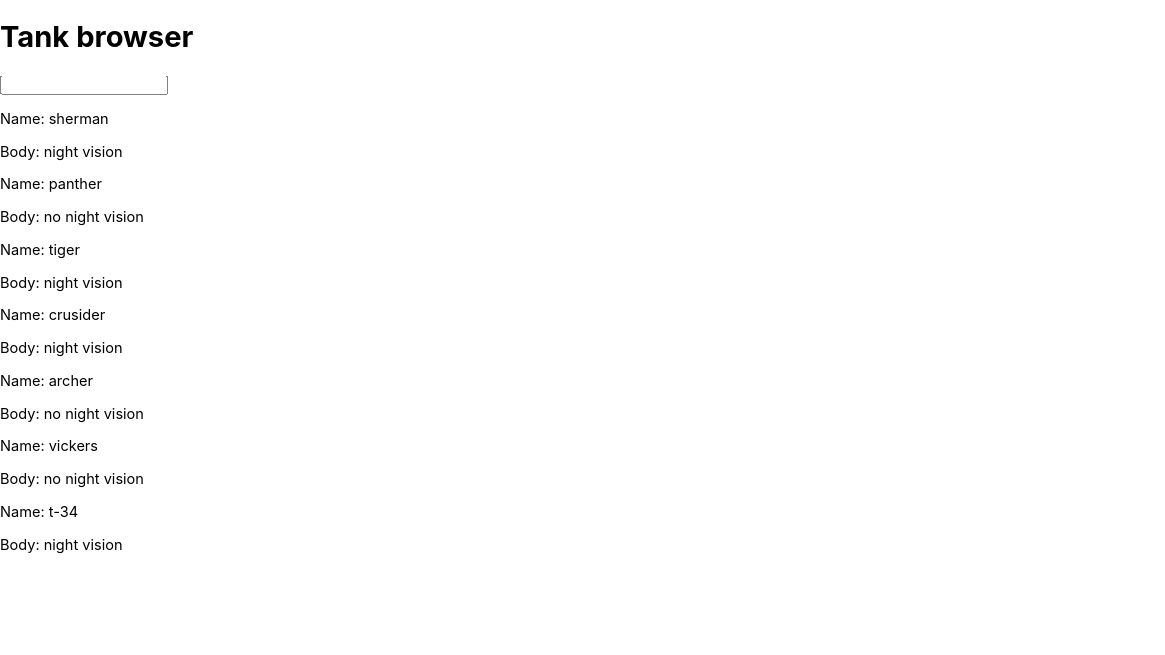
Repository: Carboplatin/TankBrowser
Page: /
An editor plug-in stored every save of this project. The page is shown before and after the next save, followed by the edit.
The browser window is 1280 px wide. The pictures show the whole page, at 91% of full size.
The project was rebuilt for these pictures with package versions that can differ from the ones it lists, and the page was loaded fresh each time.

Above is the page before, as saved 2019-09-17 19:54:58.

After the next save:
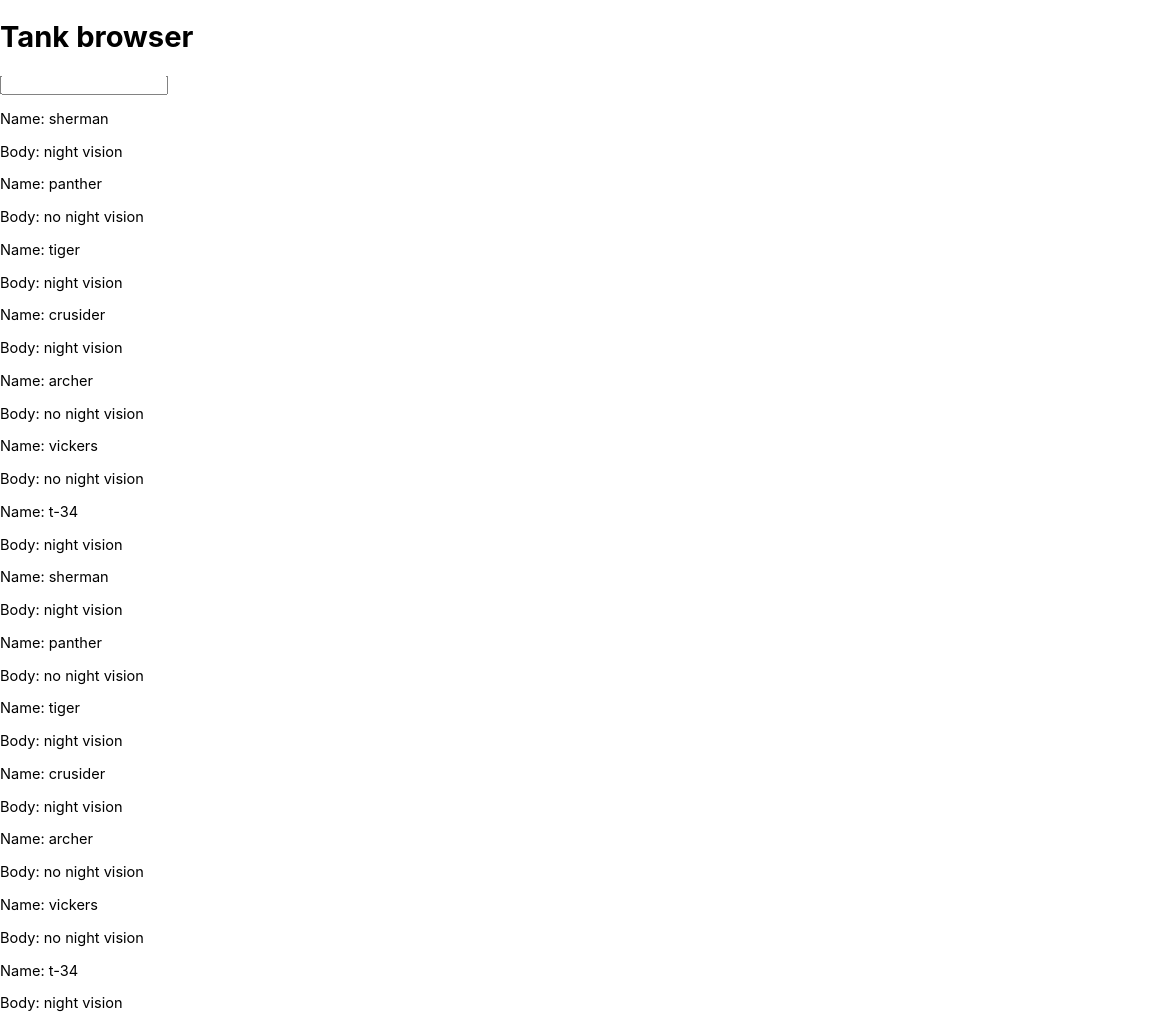
Saved 35 s later.
--- a/src/tankList.js
+++ b/src/tankList.js
@@ -12,7 +12,7 @@ const TankList = (props)=> {
 
   return (
     <div>
-       {tanks, properties}
+       {tanks} {properties}
 
     </div>
   )
